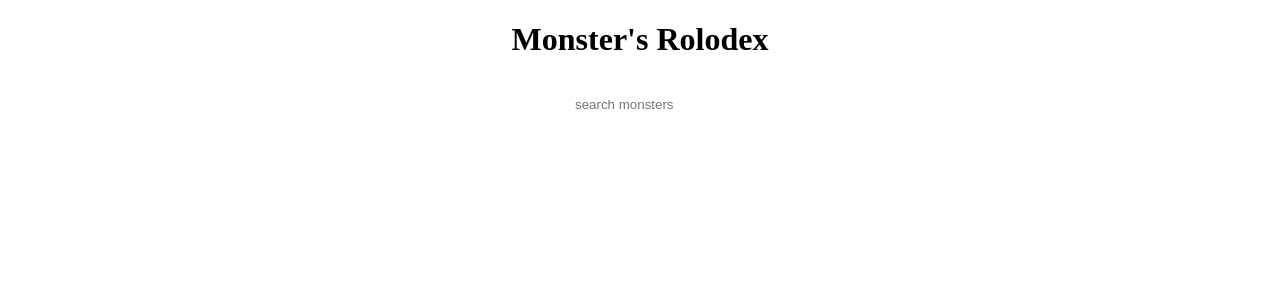
Repository: floatingman/monstersrolodex
Page: /
An editor plug-in stored every save of this project. The page is shown before and after the next save, followed by the edit.
The browser window is 1280 px wide. The pictures show the whole page.
The page's requests for data from a server got no answer. Some web fonts or font styles are not loaded; a fallback is used. The project was rebuilt for these pictures with package versions that can differ from the ones it lists, and the page was loaded fresh each time. No one was signed in, and anything a server would have sent is missing. Also part of the build but not shown: src/components/card/card.styles.css, src/components/card/card.component.jsx.

Above is the page before, as saved 2019-12-11 21:51:54.

### public/index.html
<!DOCTYPE html>
<html lang="en">
  <head>
    <meta charset="utf-8" />
    <link rel="icon" href="%PUBLIC_URL%/favicon.ico" />
    <meta name="viewport" content="width=device-width, initial-scale=1" />
    <meta name="theme-color" content="#000000" />
    <meta
      name="description"
      content="Web site created using create-react-app"
    />
    <link rel="apple-touch-icon" href="%PUBLIC_URL%/logo192.png" />
    <!--
      manifest.json provides metadata used when your web app is installed on a
      user's mobile device or desktop. See https://developers.google.com/web/fundamentals/web-app-manifest/
    -->
    <link rel="manifest" href="%PUBLIC_URL%/manifest.json" />
    <!--
      Notice the use of %PUBLIC_URL% in the tags above.
      It will be replaced with the URL of the `public` folder during the build.
      Only files inside the `public` folder can be referenced from the HTML.

      Unlike "/favicon.ico" or "favicon.ico", "%PUBLIC_URL%/favicon.ico" will
      work correctly both with client-side routing and a non-root public URL.
      Learn how to configure a non-root public URL by running `npm run build`.
    -->
    <link
      href="https://fonts.googleapis.com/css?family=Bigelow+Rules&display=swap"
      rel="stylesheet"
    />
    <title>Monster's Rolodex</title>
  </head>
  <body>
    <noscript>You need to enable JavaScript to run this app.</noscript>
    <div id="root"></div>
    <!--
      This HTML file is a template.
      If you open it directly in the browser, you will see an empty page.

      You can add webfonts, meta tags, or analytics to this file.
      The build step will place the bundled scripts into the <body> tag.

      To begin the development, run `npm start` or `yarn start`.
      To create a production bundle, use `npm run build` or `yarn build`.
    -->
  </body>
</html>

### src/App.js
import React, {Component} from 'react'
import {CardList} from './components/card-list/card-list.component'
import {SearchBox} from './components/search-box/search-box.component'
import './App.css'

class App extends Component {
  constructor() {
    super()

    this.state = {
      monsters: [],
      searchField: '',
    }

  }

  componentDidMount() {
    fetch('https://jsonplaceholder.typicode.com/users')
      .then(response => response.json())
      .then(users => this.setState({monsters: users}))
  }

  handleChange = (e) => {
    this.setState({ searchField: e.target.value})
  }

  render() {
    const {monsters, searchField} = this.state
    const filteredMonsters = monsters.filter(monster =>
      monster.name.toLowerCase().includes(searchField.toLowerCase()),
    )
    return (
      <div className="App">
        <h1>Monster's Rolodex</h1>
        <SearchBox
          placeholder='search monsters'
          handleChange= {this.handleChange}
        />
        <CardList monsters={filteredMonsters} />
      </div>
    )
  }
}
export default App

### src/components/card-list/card-list.component.jsx
import React from 'react'
import { Card } from '../card/card.component';
import './card-list.styles.css'

export const CardList = props => (
  <div className="card-list">
    {props.monsters.map(monster => (
      <Card key={monster.id} monster={monster} />
    ))}
  </div>
)

### src/components/search-box/search-box.component.jsx
import React from 'react'

import './search-box.styles.css'

export const SearchBox = ({ placeholder, handleChange }) => (
  <input
    className='search'
    type="search"
    placeholder={placeholder}
    onChange={handleChange}
  />
)

### src/App.css
.App {
  text-align: center;
}

h1 {
  font-family: Bigelo;
}

Loaded but not shown: src/index.js (common file); src/index.css (common file); src/serviceWorker.js (common file); src/components/card-list/card-list.styles.css (common file); src/components/search-box/search-box.styles.css (common file)

After the next save:
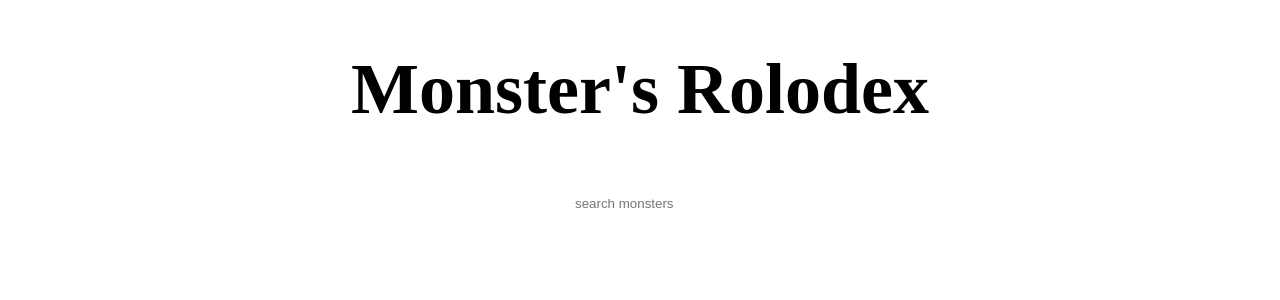
Saved 31 s later.
--- a/src/App.css
+++ b/src/App.css
@@ -3,5 +3,7 @@
 }
 
 h1 {
-  font-family: Bigelo;
+  font-family: 'Bigelo Rules';
+  font-size: 72px;
+  color: ;
 }
